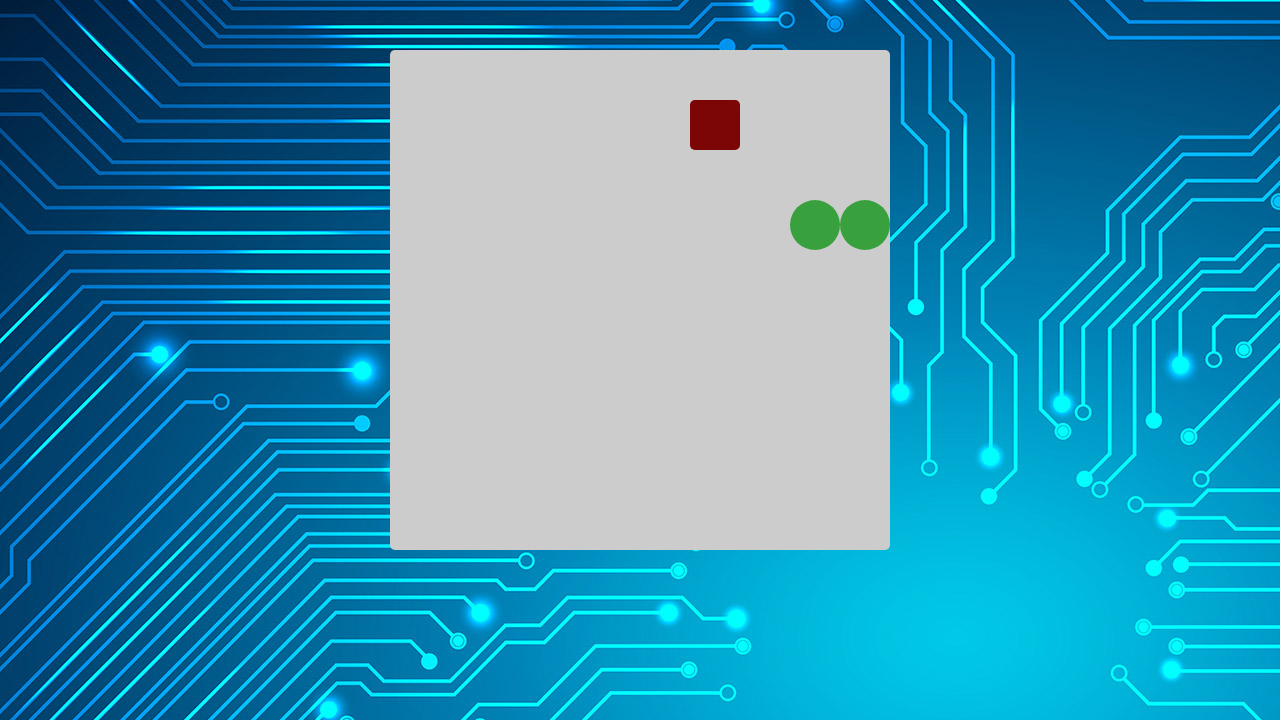
Repository: elvinyeka/SnakeGame
Page: index.html
These files come from the project's save history. The page is drawn as it stood at one moment and after the next save; the edit follows.
The browser window is 1280 px wide. The pictures show the whole page.

Above is the page before, as saved 2020-11-08 00:05:32.
Console error: TypeError: Cannot read properties of null (reading 'classList')

After the next save:
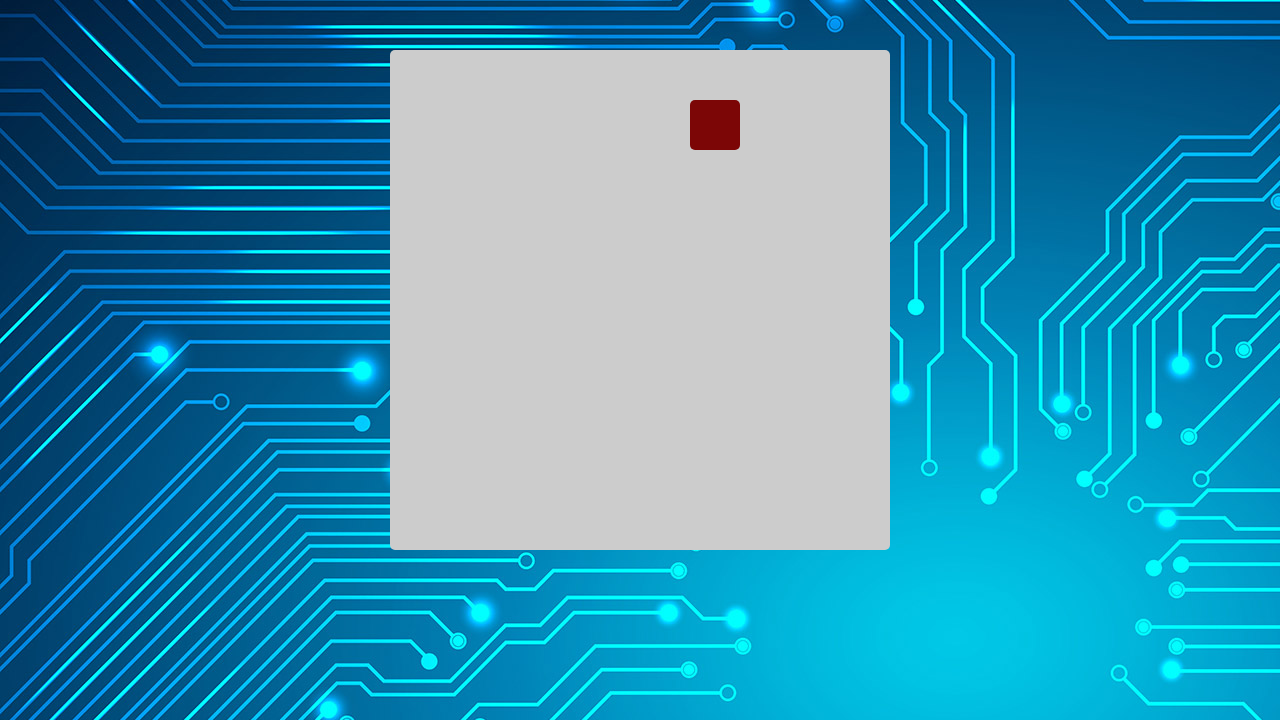
Console error: TypeError: Cannot read properties of undefined (reading 'classList')
Saved 70 min 28 s later.
--- a/js/snake.js
+++ b/js/snake.js
@@ -70,8 +70,10 @@ function move() {
     snakeBody[snakeBody.length - 1].classList.remove('snakeBody');
     snakeBody.pop();
 
+    if (snakeCoordinates[0] < 10) {
+        snakeBody.unshift(document.querySelector('[posX = "' + ( + snakeCoordinates[0] + 1) + '"][posY = "' + snakeCoordinates[1] + '"]'));
+    }
 
-    snakeBody.unshift(document.querySelector('[posX = "' + ( + snakeCoordinates[0] + 1) + '"][posY = "' + snakeCoordinates[1] + '"]'));
 
     snakeBody[0].classList.add('snakeHead');
     for(var i = 0; i < snakeBody.length; i++) {
